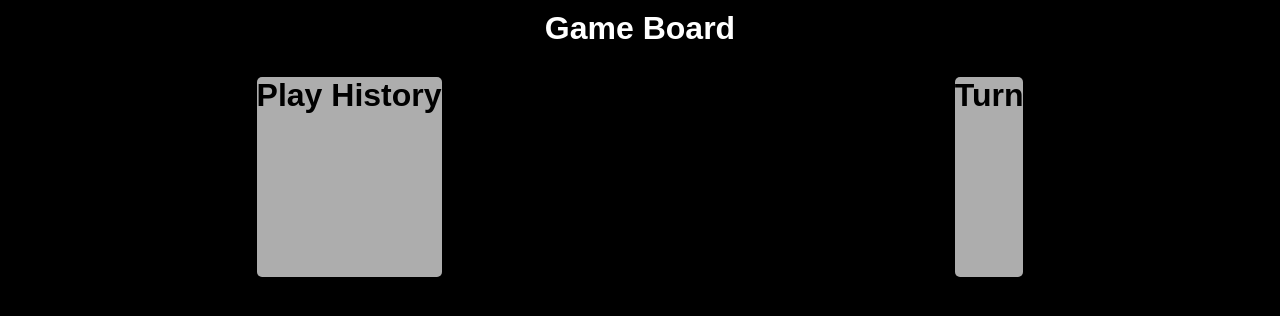
Repository: programmer686/Mastermind-with-Next.js
Page: /, after clicking the first element matching `button.StartScreen_51d34_startscreen__play_button`
The author's editor kept a copy of each file at every save. The page is drawn from the files as they stood at one save, then again after a run of saves.
The browser window is 1280 px wide. The pictures show the whole page.
The project was rebuilt for these pictures with package versions that can differ from the ones it lists, and the page was loaded fresh each time. The framework's server and built-in components were replaced by stand-ins that run in the browser. Also part of the build but not shown: next.config.js, src/styles/StartScreen.module.css.

Above is the page before, as saved 2023-07-15 19:27:07.

After the next 2 saves:
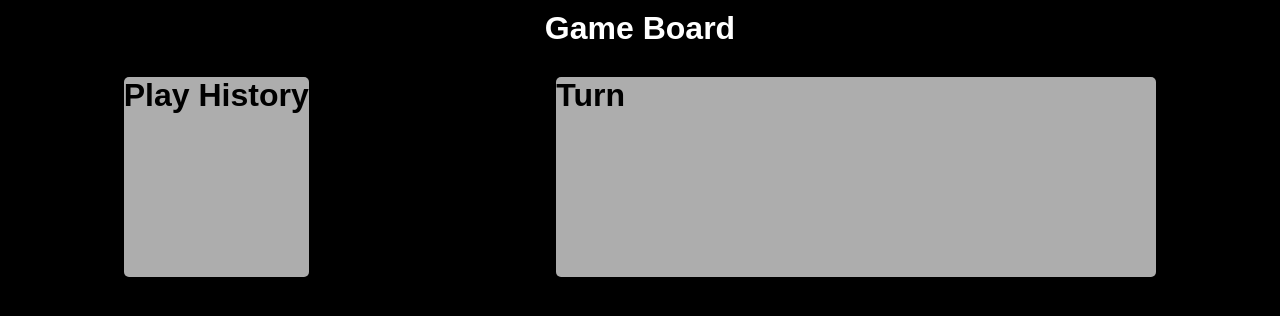
The 2 saves are shown as one change because they came seconds apart.
The last was saved 19 s later.
--- a/src/styles/GamePlay.module.css
+++ b/src/styles/GamePlay.module.css
@@ -1,5 +1,5 @@
 .GamePlay__board {
-    max-width: 600px;
+    width: 600px;
     border-radius: 5px;
     min-height: 200px;
     background: rgb(173, 173, 173);
